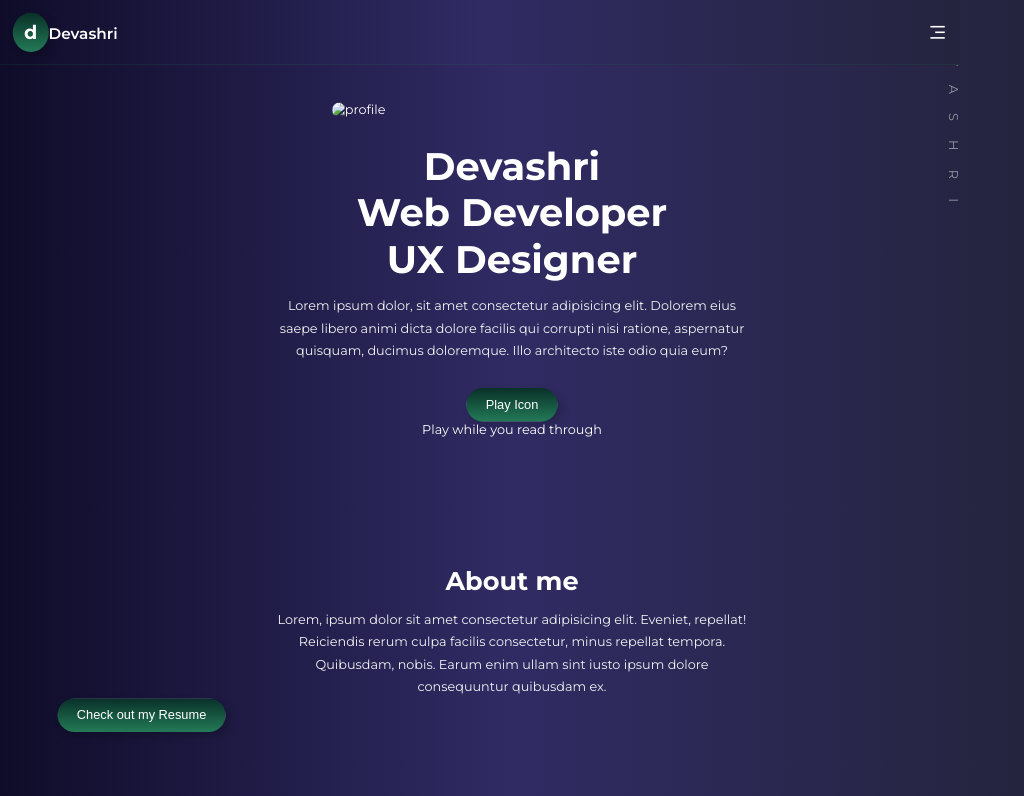
Repository: devashrisamani/devashrisamani.github.io
Page: index.html
An editor plug-in stored every save of this project. The page is shown before and after the next save, followed by the edit.
The browser window is 1280 px wide. The pictures show the whole page, at 80% of full size.

Above is the page before, as saved 2025-09-24 18:47:10.

After the next save:
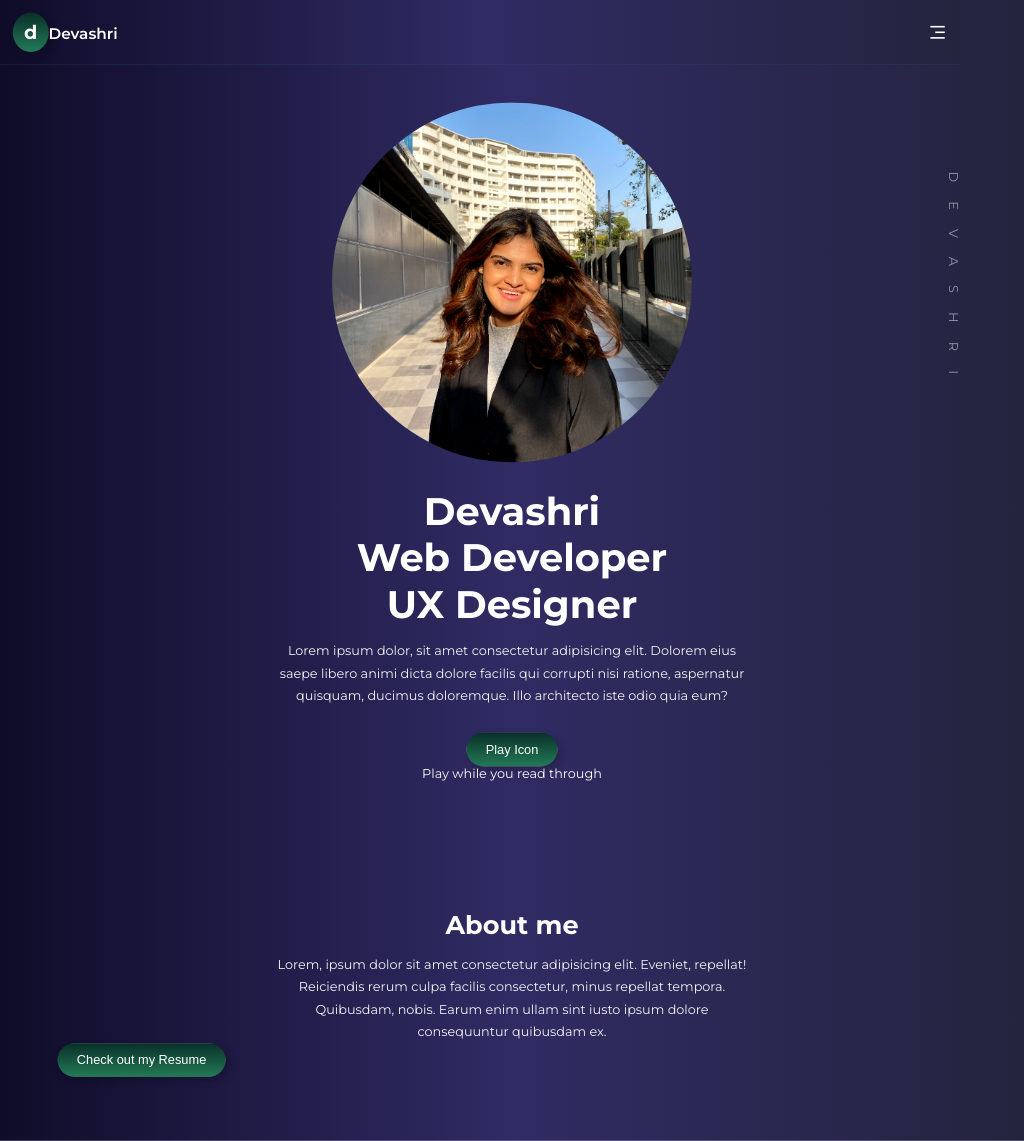
Saved 6 min 43 s later.
--- a/index.html
+++ b/index.html
@@ -37,7 +37,7 @@
     </nav>
     <header class="section__container header__container" id="home">
       <div class="header__image">
-        <img src="#" alt="profile" />
+        <img src="images/DevashriSamani.jpg" alt="profile" />
       </div>
       <div class="header__content">
         <div>
